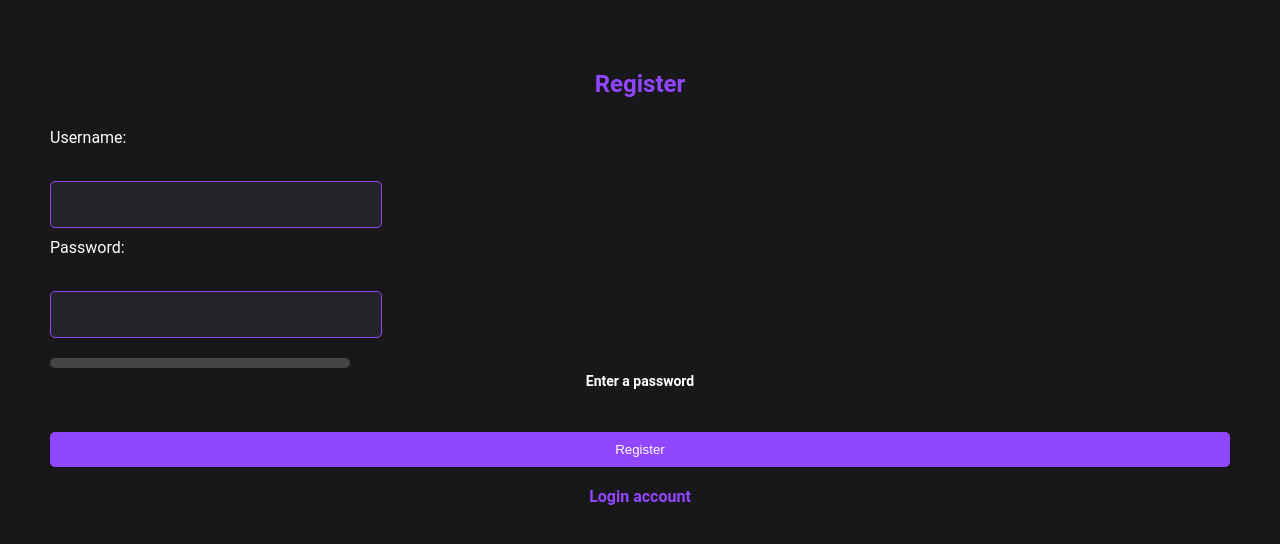
Repository: wolvicjohn/argon2
Page: http://localhost/register.php
An editor plug-in stored every save of this project. The page is shown before and after the next save, followed by the edit.
The browser window is 1280 px wide. The pictures show the whole page.
The page is run by PHP 8.4 with error messages shown; the project is at /var/www/html/.

Above is the page before, as saved 2024-10-18 02:15:48.

### register.php
<?php
// Include the database connection
require 'db.php';

if ($_SERVER['REQUEST_METHOD'] === 'POST') {
    $username = $_POST['username'];
    $password = $_POST['password'];

    // Check if username exists
    $stmt = $pdo->prepare('SELECT id FROM users WHERE username = ?');
    $stmt->execute([$username]);
    if ($stmt->fetch()) {
        die('Username already taken');
    }

    // Hash password with Argon2
    $passwordHash = password_hash($password, PASSWORD_ARGON2ID);

    // Insert user into database
    $stmt = $pdo->prepare('INSERT INTO users (username, password_hash) VALUES (?, ?)');
    $stmt->execute([$username, $passwordHash]);

    echo "User registered successfully!";
}
?>
<!DOCTYPE html>
<html lang="en">

<head>
    <meta charset="UTF-8">
    <title>Register</title>
    <link rel="stylesheet" href="styles.css">
</head>

<body>
    <h2>Register</h2>
    <form action="register.php" method="POST">
        <label for="username">Username:</label><br>
        <input type="text" name="username" id="username" required><br>

        <label for="password">Password:</label><br>
        <input type="password" name="password" id="password" required><br>

        <div class="password-strength">
            <div class="strength-bar" id="strength-bar"></div>
        </div>
        <p class="message" id="strength-text">Enter a password</p><br>

        <button type="submit">Register</button>
        <a href="login.php">Login account</a>
    </form>

    <script src="script.js"></script> <!-- Link to external JS -->
</body>

</html>

### db.php
<?php
// db.php
$host = 'localhost';
$db = 'argon2_auth';
$user = 'root'; // Your database username
$pass = '';     // Your database password

$dsn = "mysql:host=$host;dbname=$db;charset=utf8mb4";
$options = [
    PDO::ATTR_ERRMODE => PDO::ERRMODE_EXCEPTION,
    PDO::ATTR_DEFAULT_FETCH_MODE => PDO::FETCH_ASSOC,
];

try {
    $pdo = new PDO($dsn, $user, $pass, $options);
} catch (PDOException $e) {
    die("Database connection failed: " . $e->getMessage());
}
?>

### styles.css
/* styles.css */
body {
    font-family: 'Roboto', sans-serif; /* Modern font */
    margin: 0;
    padding: 50px;
    background-color: #18181b; /* Dark background */
    color: #ffffff; /* White text color */
}

h2 {
    color: #9146ff; /* Twitch purple */
    text-align: center;
    margin-bottom: 30px;
}

label {
    display: block;
    margin-bottom: 5px;
}

input {
    margin: 10px 0;
    padding: 15px;
    width: 300px;
    border: 1px solid #9146ff; /* Twitch purple border */
    border-radius: 5px;
    background-color: #23232a; /* Dark input background */
    color: #ffffff; /* White text color */
}

input:focus {
    outline: none;
    border-color: #ff477e; /* Pink border on focus */
}

button {
    padding: 10px 20px;
    cursor: pointer;
    background-color: #9146ff; /* Twitch purple */
    color: white;
    border: none;
    border-radius: 5px;
    transition: background-color 0.3s ease;
    margin-top: 10px; /* Spacing above the button */
    display: block; /* Centering the button */
    width: 100%; /* Full width button */
}

button:hover {
    background-color: #7e3af2; /* Darker purple on hover */
}

.password-strength {
    margin-top: 10px;
    height: 10px;
    width: 300px;
    background-color: #444; /* Darker background for strength meter */
    border-radius: 5px;
    overflow: hidden;
}

.strength-bar {
    height: 100%;
    width: 0%;
    transition: width 0.3s ease-in-out;
}

.strength-weak {
    background-color: red;
}

.strength-medium {
    background-color: orange;
}

.strength-strong {
    background-color: #4CAF50; /* Green for strong */
}

.message {
    margin-top: 5px;
    font-size: 14px;
    font-weight: bold;
    text-align: center; /* Centered text */
}

a {
    display: block;
    text-align: center;
    margin-top: 20px;
    color: #9146ff; /* Twitch purple */
    text-decoration: none;
    font-weight: bold;
}

a:hover {
    color: #7e3af2; /* Darker purple on hover */
}

### script.js
// script.js
const passwordInput = document.getElementById('password');
const strengthBar = document.getElementById('strength-bar');
const strengthText = document.getElementById('strength-text');

passwordInput.addEventListener('input', () => {
    const password = passwordInput.value;
    const strength = calculateStrength(password);
    updateStrengthMeter(strength);
});

function calculateStrength(password) {
    let strength = 0;

    if (password.length >= 8) strength++;
    if (/[A-Z]/.test(password)) strength++;
    if (/[a-z]/.test(password)) strength++;
    if (/[0-9]/.test(password)) strength++;
    if (/[^A-Za-z0-9]/.test(password)) strength++;

    return strength;
}

function updateStrengthMeter(strength) {
    // Reset the strength bar
    strengthBar.className = 'strength-bar';
    strengthBar.style.width = `${strength * 20}%`;  // Dynamically set the width

    // Set the color and text based on strength
    if (strength <= 1) {
        strengthBar.classList.add('strength-weak');
        strengthText.textContent = 'Weak';
        strengthText.style.color = 'red';
    } else if (strength <= 3) {
        strengthBar.classList.add('strength-medium');
        strengthText.textContent = 'Medium';
        strengthText.style.color = 'orange';
    } else {
        strengthBar.classList.add('strength-strong');
        strengthText.textContent = 'Strong';
        strengthText.style.color = 'green';
    }
}

After the next save:
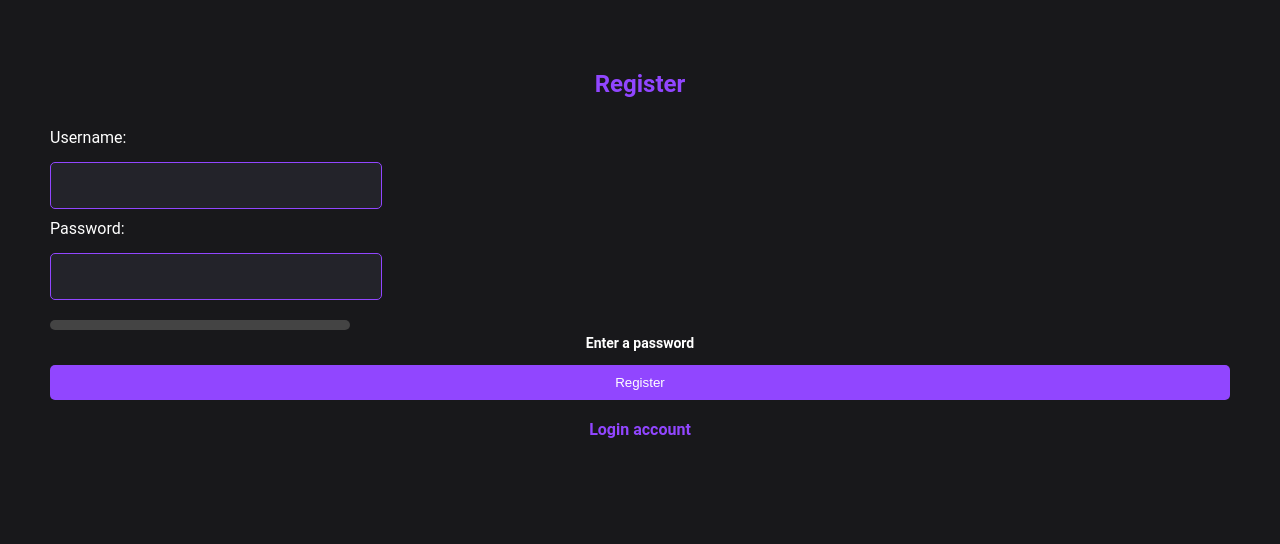
Saved 20 s later.
--- a/register.php
+++ b/register.php
@@ -29,22 +29,22 @@ if ($_SERVER['REQUEST_METHOD'] === 'POST') {
 <head>
     <meta charset="UTF-8">
     <title>Register</title>
-    <link rel="stylesheet" href="styles.css">
+    <link rel="stylesheet" href="styles.css"> <!-- Link to external CSS -->
 </head>
 
 <body>
     <h2>Register</h2>
     <form action="register.php" method="POST">
-        <label for="username">Username:</label><br>
-        <input type="text" name="username" id="username" required><br>
+        <label for="username">Username:</label>
+        <input type="text" name="username" id="username" required>
 
-        <label for="password">Password:</label><br>
-        <input type="password" name="password" id="password" required><br>
+        <label for="password">Password:</label>
+        <input type="password" name="password" id="password" required>
 
         <div class="password-strength">
             <div class="strength-bar" id="strength-bar"></div>
         </div>
-        <p class="message" id="strength-text">Enter a password</p><br>
+        <p class="message" id="strength-text">Enter a password</p>
 
         <button type="submit">Register</button>
         <a href="login.php">Login account</a>
